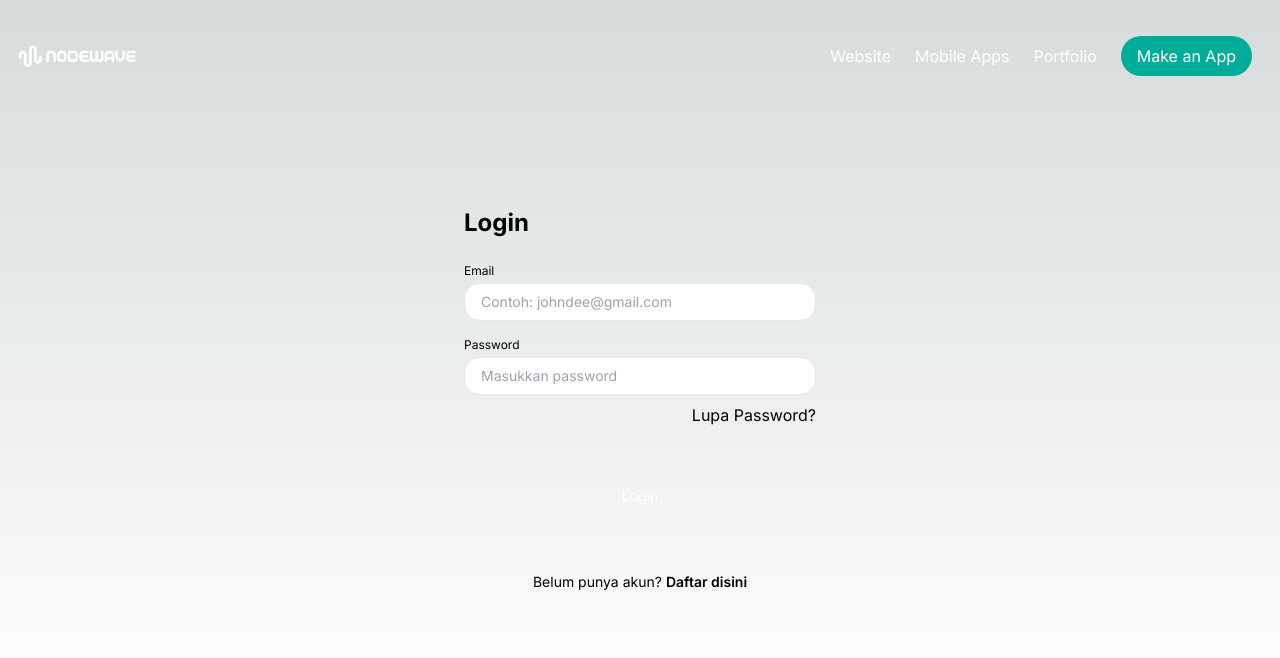
Repository: farrelmuhammad/nodewave
Page: /
These files come from the project's save history. The page is drawn as it stood at one moment and after the next save; the edit follows.
The browser window is 1280 px wide. The pictures show the whole page.
The project was rebuilt for these pictures with package versions that can differ from the ones it lists, and the page was loaded fresh each time. The framework's server and built-in components were replaced by stand-ins that run in the browser. Also part of the build but not shown: next.config.js.

Above is the page before, as saved 2023-09-08 12:50:41.

### src/app/page.js
import Hero from '@/components/Hero'
import Navbar from '@/components/Navbar'

export default function Home() {
  return (
    <>
      <Navbar />
      <Hero />
    </>
  )
}

### src/app/globals.css
@tailwind base;
@tailwind components;
@tailwind utilities;

@import url('https://fonts.googleapis.com/css2?family=Poppins:wght@300;400;500;600;700&display=swap');

:root {
  --foreground-rgb: 0, 0, 0;
  --background-start-rgb: 214, 219, 220;
  --background-end-rgb: 255, 255, 255;
  font-family: 'Poppins', sans-serif;
}

@media (prefers-color-scheme: dark) {
  :root {
    --foreground-rgb: 255, 255, 255;
    --background-start-rgb: 0, 0, 0;
    --background-end-rgb: 0, 0, 0;
  }
}

body {
  color: rgb(var(--foreground-rgb));
  background: linear-gradient(
      to bottom,
      transparent,
      rgb(var(--background-end-rgb))
    )
    rgb(var(--background-start-rgb));
}

### src/components/Hero.jsx
import React from "react";

const Hero = () => {
  return (
    <main className="flex min-h-screen flex-col items-center justify-between p-24">
      <div className="hidden lg:block lg:w-1/2 items-center">
        {/* <img className="w-full h-screen m-0" src={pic} alt="SECONDHAND" /> */}
      </div>
      <div className="lg:w-1/2 w-full px-4 md:px-0 items-center my-8">
        <div className="lg:px-12 md:mx-12">
          <p className="text-2xl font-bold mb-6 mt-10">Login</p>
          {/* <form onSubmit={handleSubmit} className="flex flex-col gap-4"> */}
          <form className="flex flex-col gap-4">
            <div className="flex flex-col gap-1">
              <p className="text-xs">Email</p>
              <input
                //   onChange={(e) => setEmail(e.target.value)}
                type="text"
                id="emailInput"
                className="form control w-full bg-white px-4 py-2 text-sm text-neutral-3 rounded-2xl border border-neutral-2 focus:text-neutral-4 focus:outline-purple-2"
                placeholder="Contoh: johndee@gmail.com"
              />
            </div>
            <div className="flex flex-col gap-1">
              <p className="text-xs">Password</p>
              <div className="relative">
                <input
                  // onChange={(e) => setPassword(e.target.value)}
                  // type={showPassword ? "text" : "password"}
                  id="passwordInput"
                  className="form control w-full bg-white pl-4 pr-10 py-2 text-sm text-neutral-3 rounded-2xl border border-neutral-2 focus:text-neutral-4 focus:outline-purple-2 active:bg-white"
                  placeholder="Masukkan password"
                />
                {/* <FiEye
                    onClick={() => setShowPassword(true)}
                    className={`${
                      showPassword ? "hidden" : ""
                    } absolute right-3 top-2.5 text-neutral-3`}
                  />
                  <FiEyeOff
                    onClick={() => setShowPassword(false)}
                    className={`${
                      showPassword ? "" : "hidden"
                    } absolute right-3 top-2.5 text-neutral-3`}
                  /> */}
                <button
                  type="button"
                  className="float-right text-purple-4 hover:text-purple-5 font-base py-2 mb-4 focus:outline-none"
                >
                  Lupa Password?
                </button>
              </div>
            </div>

            <div className="text-center pt-2 mb-6">
              <button
                className="flex justify-center items-center bg-purple-4 px-6 py-3 text-white font-normal text-sm leading-tight rounded-[16px]
                focus:shadow-lg focus:outline-none active:shadow-lg w-full mb-4 disabled:opacity-70 focus:ring-2 focus:ring-offset-2 focus:ring-purple-4"
                type="submit"
              >
                Login
              </button>
            </div>
            <div className="text-center text-sm">
              <p>
                Belum punya akun?
                <button className="text-purple-4 hover:text-purple-3 font-semibold pl-1">
                  Daftar disini
                </button>
              </p>
            </div>
          </form>
        </div>
      </div>
    </main>
  );
};

export default Hero;

### src/components/Navbar.jsx
import React from "react";
import Image from "next/image";

const Navbar = () => {
  return (
    <header class="absolute w-full z-50 px-4">
      <div class="container mx-auto py-5">
        <div class="flex flex-stretch items-center">
          <div class="w-56 items-center flex">
            <Image src="/assets/Logo.png" width={226} height={100} alt="Logo" />
          </div>
          <div class="w-full"></div>
          <div class="w-auto py-4">
            <ul
              class="fixed bg-white inset-0 flex flex-col invisible items-center justify-center opacity-0 md:visible md:flex-row md:bg-transparent md:relative md:opacity-100 md:flex md:items-center"
              id="menu"
            >
              <li class="mx-3 py-6 md:py-0">
                <a href="#" class="text-black md:text-white hover:underline">
                  Website
                </a>
              </li>
              <li class="mx-3 py-6 md:py-0">
                <a
                  href="#"
                  class="text-black md:text-white hover:underline whitespace-nowrap overflow-ellipsis"
                >
                  Mobile Apps
                </a>
              </li>
              <li class="mx-3 py-6 md:py-0">
                <a href="#" class="text-black md:text-white hover:underline">
                  Portfolio
                </a>
              </li>
              <li class="mx-3 py-6 md:py-0">
                <button class="px-4 py-2 bg-[#00AD98] rounded-full">
                  <a
                    href="#"
                    class="text-black md:text-white hover:underline whitespace-nowrap overflow-ellipsis"
                  >
                    Make an App
                  </a>
                </button>
              </li>
            </ul>
          </div>
          <div class="w-auto">
            <ul class="items-center flex">
              <li class="ml-6 block md:hidden">
                <button
                  id="menu-toggler"
                  class="relative flex z-50 items-center justify-center w-8 h-8 text-black md:text-white focus:outline-none"
                >
                  <svg
                    class="fill-current"
                    width="18"
                    height="17"
                    viewBox="0 0 18 17"
                  >
                    <path d="M15.9773 0.461304H1.04219C0.466585 0.461304 0 0.790267 0 1.19609C0 1.60192 0.466668 1.93088 1.04219 1.93088H15.9773C16.5529 1.93088 17.0195 1.60192 17.0195 1.19609C17.0195 0.790208 16.5529 0.461304 15.9773 0.461304Z" />
                    <path d="M15.9773 7.68802H1.04219C0.466585 7.68802 0 8.01698 0 8.42281C0 8.82864 0.466668 9.1576 1.04219 9.1576H15.9773C16.5529 9.1576 17.0195 8.82864 17.0195 8.42281C17.0195 8.01692 16.5529 7.68802 15.9773 7.68802Z" />
                    <path d="M15.9773 14.9147H1.04219C0.466585 14.9147 0 15.2437 0 15.6495C0 16.0553 0.466668 16.3843 1.04219 16.3843H15.9773C16.5529 16.3843 17.0195 16.0553 17.0195 15.6495C17.0195 15.2436 16.5529 14.9147 15.9773 14.9147Z" />
                  </svg>
                </button>
              </li>
            </ul>
          </div>
        </div>
      </div>
    </header>
  );
};

export default Navbar;

Loaded but not shown: src/app/layout.js (common file); tailwind.config.js (common file)

After the next save:
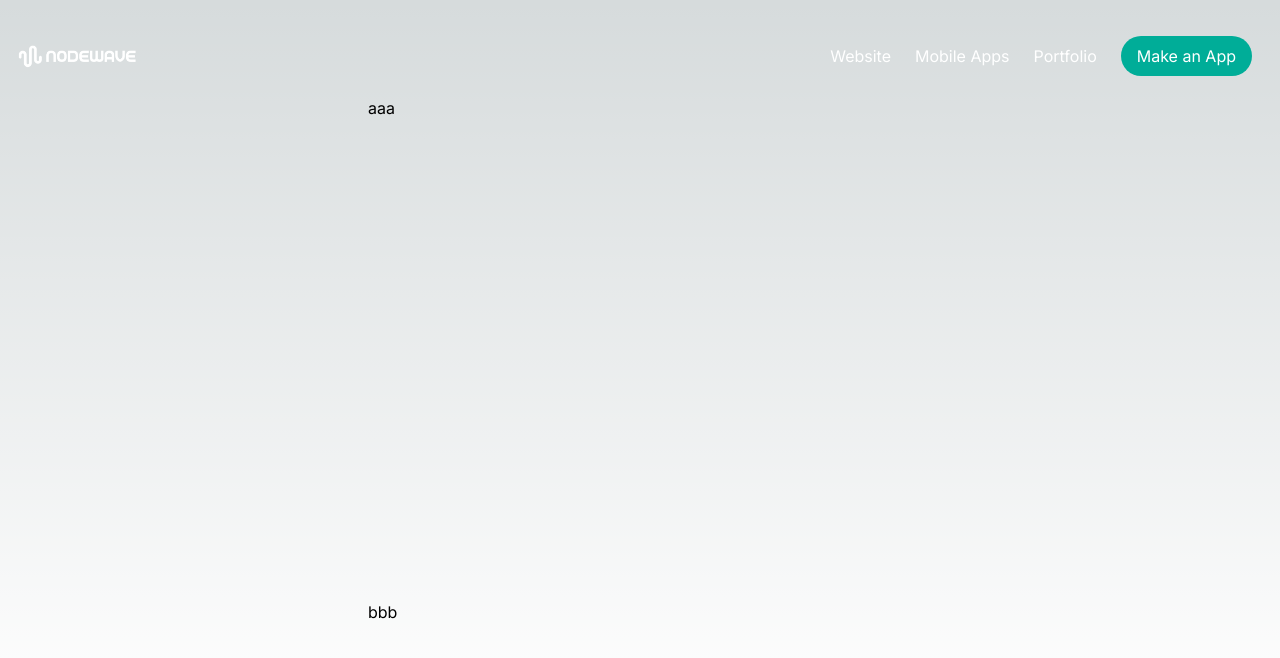
Saved 41 s later.
--- a/src/components/Hero.jsx
+++ b/src/components/Hero.jsx
@@ -3,75 +3,8 @@
 const Hero = () => {
   return (
     <main className="flex min-h-screen flex-col items-center justify-between p-24">
-      <div className="hidden lg:block lg:w-1/2 items-center">
-        {/* <img className="w-full h-screen m-0" src={pic} alt="SECONDHAND" /> */}
-      </div>
-      <div className="lg:w-1/2 w-full px-4 md:px-0 items-center my-8">
-        <div className="lg:px-12 md:mx-12">
-          <p className="text-2xl font-bold mb-6 mt-10">Login</p>
-          {/* <form onSubmit={handleSubmit} className="flex flex-col gap-4"> */}
-          <form className="flex flex-col gap-4">
-            <div className="flex flex-col gap-1">
-              <p className="text-xs">Email</p>
-              <input
-                //   onChange={(e) => setEmail(e.target.value)}
-                type="text"
-                id="emailInput"
-                className="form control w-full bg-white px-4 py-2 text-sm text-neutral-3 rounded-2xl border border-neutral-2 focus:text-neutral-4 focus:outline-purple-2"
-                placeholder="Contoh: johndee@gmail.com"
-              />
-            </div>
-            <div className="flex flex-col gap-1">
-              <p className="text-xs">Password</p>
-              <div className="relative">
-                <input
-                  // onChange={(e) => setPassword(e.target.value)}
-                  // type={showPassword ? "text" : "password"}
-                  id="passwordInput"
-                  className="form control w-full bg-white pl-4 pr-10 py-2 text-sm text-neutral-3 rounded-2xl border border-neutral-2 focus:text-neutral-4 focus:outline-purple-2 active:bg-white"
-                  placeholder="Masukkan password"
-                />
-                {/* <FiEye
-                    onClick={() => setShowPassword(true)}
-                    className={`${
-                      showPassword ? "hidden" : ""
-                    } absolute right-3 top-2.5 text-neutral-3`}
-                  />
-                  <FiEyeOff
-                    onClick={() => setShowPassword(false)}
-                    className={`${
-                      showPassword ? "" : "hidden"
-                    } absolute right-3 top-2.5 text-neutral-3`}
-                  /> */}
-                <button
-                  type="button"
-                  className="float-right text-purple-4 hover:text-purple-5 font-base py-2 mb-4 focus:outline-none"
-                >
-                  Lupa Password?
-                </button>
-              </div>
-            </div>
-
-            <div className="text-center pt-2 mb-6">
-              <button
-                className="flex justify-center items-center bg-purple-4 px-6 py-3 text-white font-normal text-sm leading-tight rounded-[16px]
-                focus:shadow-lg focus:outline-none active:shadow-lg w-full mb-4 disabled:opacity-70 focus:ring-2 focus:ring-offset-2 focus:ring-purple-4"
-                type="submit"
-              >
-                Login
-              </button>
-            </div>
-            <div className="text-center text-sm">
-              <p>
-                Belum punya akun?
-                <button className="text-purple-4 hover:text-purple-3 font-semibold pl-1">
-                  Daftar disini
-                </button>
-              </p>
-            </div>
-          </form>
-        </div>
-      </div>
+      <div className="block w-1/2">aaa</div>
+      <div className="block w-1/2">bbb</div>
     </main>
   );
 };
